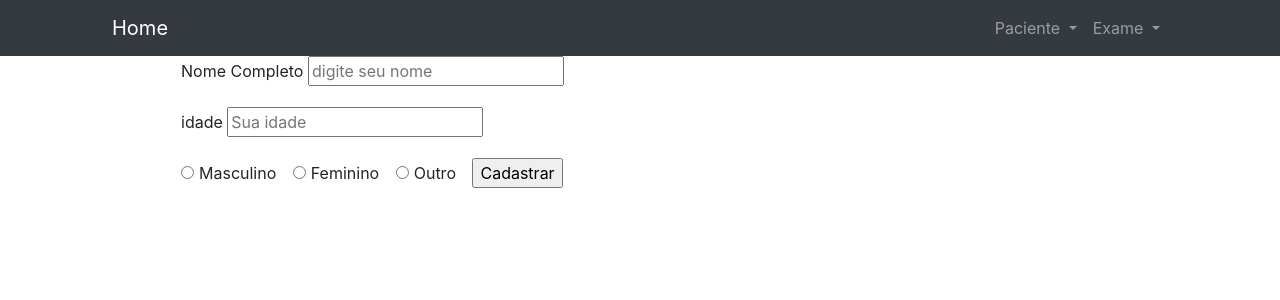
Repository: noobDevPRB/struts2_project
Page: http://localhost/Projeto_SOCTest/
An editor plug-in stored every save of this project. The page is shown before and after the next save, followed by the edit.
The browser window is 1280 px wide. The pictures show the whole page.
The page is served by Tomcat 9. Nobody is signed in. The application's start-up code is not run.

Above is the page before, as saved 2020-10-17 18:43:25.

After the next save:
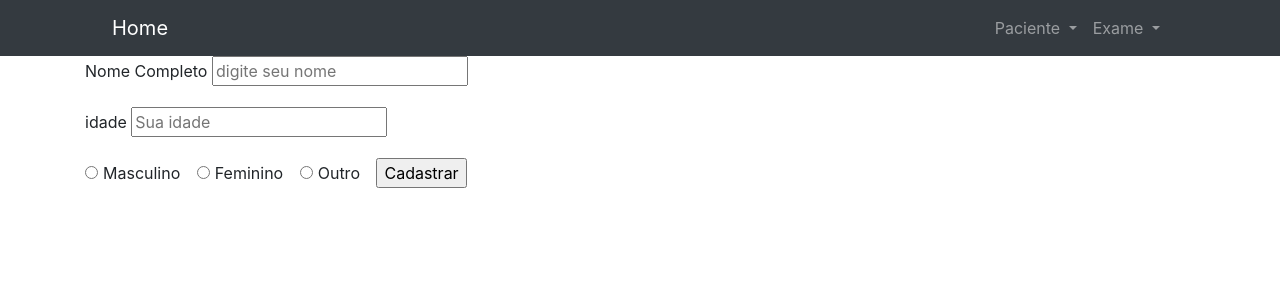
Saved 2 min 31 s later.
--- a/Projeto_SOCTest/WebContent/index.jsp
+++ b/Projeto_SOCTest/WebContent/index.jsp
@@ -43,7 +43,7 @@
 	<div class="container">
 		<div class="row">
 			<div class="col-sm">
-				<form class="px-5 mx-5" action="cadastrarPaciente"method="post">
+				<form  action="cadastrarPaciente"method="post">
 					<div class="form-group">
 						<label>Nome Completo</label>
 						<input type="text" required="required" pattern="[a-z\s]+$" maxlength="40" placeholder="digite seu nome" name="paciente.nm_cmplt"/>
